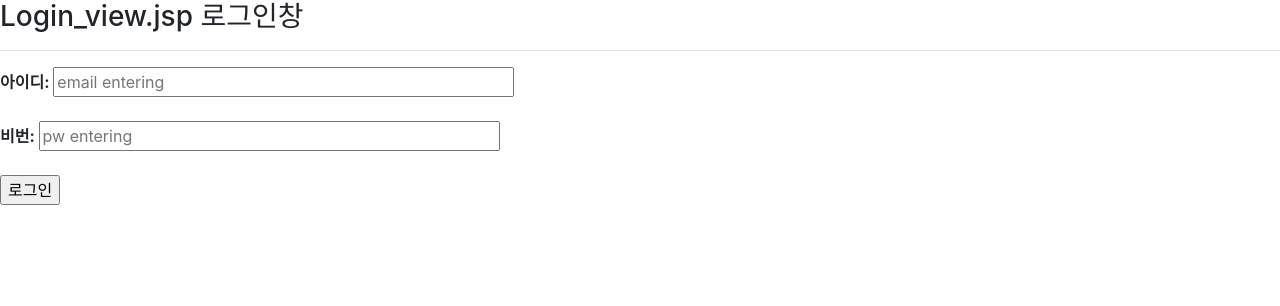
Repository: snowskyblue/SpringEx
Page: http://localhost/1209ajax2/
An editor plug-in stored every save of this project. The page is shown before and after the next save, followed by the edit.
The browser window is 1280 px wide. The pictures show the whole page.
The page is served by Tomcat 9. Other server files are loaded and not shown.

Above is the page before, as saved 2019-12-09 02:25:10.
Console error: SyntaxError: Unexpected token '}'

### 1209ajax2/src/main/webapp/WEB-INF/views/login_view.jsp
<%@ page language="java" contentType="text/html; charset=UTF-8"
    pageEncoding="UTF-8"%>
<%@ taglib prefix="c" uri="http://java.sun.com/jsp/jstl/core" %>
<%@ taglib prefix="x" uri="http://java.sun.com/jsp/jstl/xml" %>
<%@ taglib prefix="fmt" uri="http://java.sun.com/jsp/jstl/fmt" %>
<%@ taglib prefix="sql" uri="http://java.sun.com/jsp/jstl/sql" %>
<%@ taglib prefix="fn" uri="http://java.sun.com/jsp/jstl/functions" %>


<!DOCTYPE html>
<html lang="ko">
<head>
<meta charset="UTF-8">
<meta http-equiv="X-UA-Compatible" content="IE=edge">
<meta name="viewport" content="width=device-width, initial-scale=1.0">
<!--bootstrap -->
<link rel="stylesheet" href="https://maxcdn.bootstrapcdn.com/bootstrap/4.3.1/css/bootstrap.min.css">
<!--font-awesome -->
<link rel="stylesheet" href="https://cdnjs.cloudflare.com/ajax/libs/font-awesome/4.7.0/css/font-awesome.min.css">
<title>Insert title here</title>
</head>
<body>

<h3>Login_view.jsp 로그인창</h3>
<hr/>
<form id="frm1" action="login" method="post">
	<b>아이디: </b> <input type="email" name="uid" size="40" placeholder="email entering" required><br/><br/>
	<b>비번: </b> <input type="password" name="upw" size="40" placeholder="pw entering" required><br/><br/>
	<input type="submit" value="로그인">
</form>

<!--jquery -->
<script src="https://ajax.googleapis.com/ajax/libs/jquery/3.4.1/jquery.min.js"></script>
<!--popper -->
<script src="https://cdnjs.cloudflare.com/ajax/libs/popper.js/1.14.7/umd/popper.min.js"></script>
<!--javascript -->
<script src="https://maxcdn.bootstrapcdn.com/bootstrap/4.3.1/js/bootstrap.min.js"></script>
<script>
$(document).ready(function(){
	//form입력후 submit시(이벤트) ajax처리
	$("#frm1").submit(function(e){
		e.preventDefault();
		$.ajax({
			url : $("#frm1").attr("action"),
			type : $("#frm1").attr("method"),
			data : $("#frm1").serialize(),	//form에서 입력한 값을 문자열로 변환(직렬화)해주는 메서드
			//{uid=???,upw=???}
			success : function(data){ //data는 결과를 나타내는 문자열
				if(data.search("login-success") > -1) //색인번호가 0이상이면 찾앗다는 뜻

			},
		});
	});
});
</script>
</body>
</html>

After the next save:
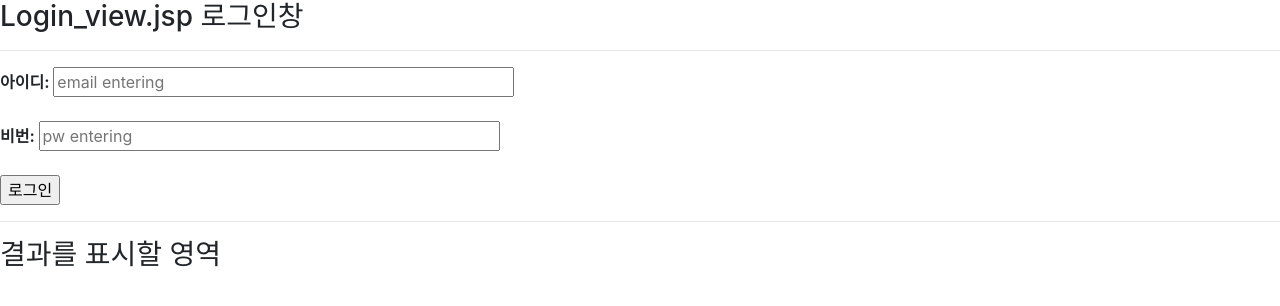
Saved 37 s later.
--- a/1209ajax2/src/main/webapp/WEB-INF/views/login_view.jsp
+++ b/1209ajax2/src/main/webapp/WEB-INF/views/login_view.jsp
@@ -29,6 +29,10 @@
 	<input type="submit" value="로그인">
 </form>
 
+<hr/>
+<h3>결과를 표시할 영역</h3>
+<div></div>
+
 <!--jquery -->
 <script src="https://ajax.googleapis.com/ajax/libs/jquery/3.4.1/jquery.min.js"></script>
 <!--popper -->
